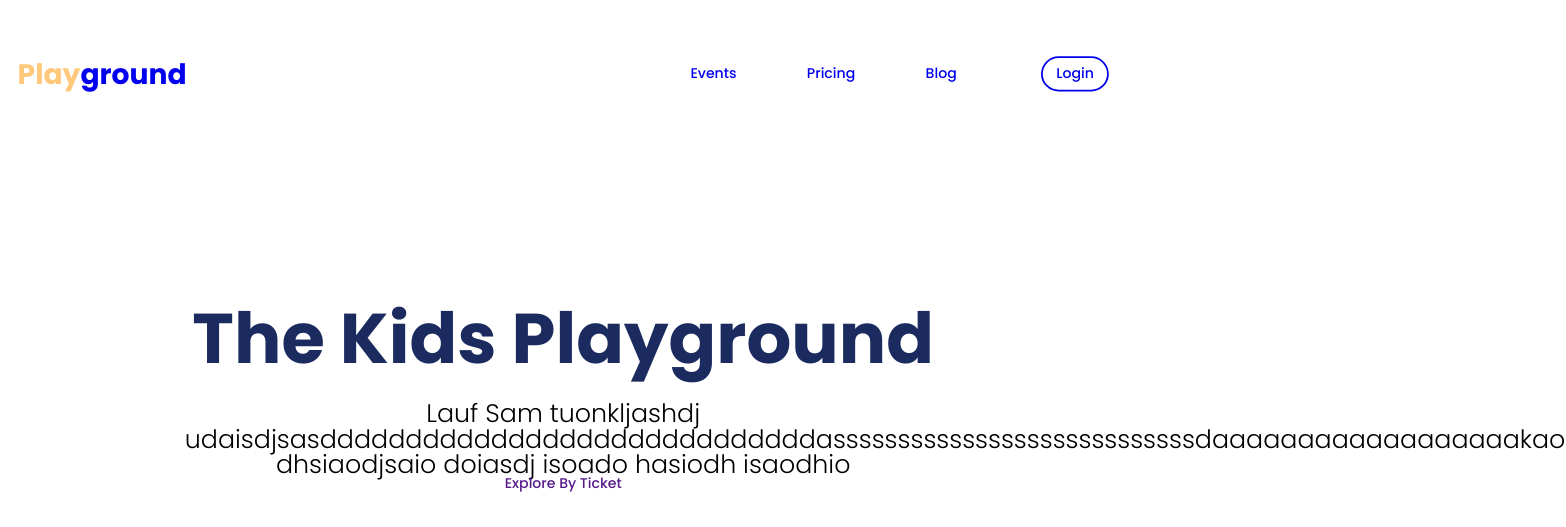
Repository: lausamtuong/Cut-psd-to-html
Page: index.html
The author's editor kept a copy of each file at every save. The page is drawn from the files as they stood at one save, then again after a run of saves.
The browser window is 1280 px wide. The page is 1779 px wide, then 1420 px, so the pictures cover 1779 px, including what lies to the right of the window. The pictures show the whole page, at 88% of full size.
The style sheet was rebuilt from its Sass, Less or Tailwind sources for each picture, by a compiler version that may differ from the author's.

Above is the page before, as saved 2021-12-06 15:39:05.

### index.html
<!DOCTYPE html>
<html lang="en">
<head>
    <meta charset="UTF-8">
    <meta http-equiv="X-UA-Compatible" content="IE=edge">
    <meta name="viewport" content="width=device-width, initial-scale=1.0">

    <title>Document</title>
    <link rel="stylesheet" href="style.css">
    <link rel="stylesheet" href="reset.css">
    <link href="https://fonts.googleapis.com/css2?family=Lato:ital,wght@1,700;1,900&family=Poppins:wght@300;500;700&display=swap" rel="stylesheet">

</head>
<body>
    <div class="wrapper">
        <header class="header">
            <div class="container header__iner">
                <a href="index.html" class="logo">
                    <span class="logo__text">Play</span>ground
                </a>
                <nav class="header__menu">
                    <ul class="header__menu-list">
                        <li class="header__menu-item">
                            <a href="#" class="header__menu-link">Events</a>
                        </li>
                        <li class="header__menu-item">
                            <a href="#" class="header__menu-link">Pricing</a>
                        </li>
                        <li class="header__menu-item">
                            <a href="#" class="header__menu-link">Blog</a>
                        </li>
                        <li class="header__menu-item">
                            <a href="#" class="header__menu-link header__menu-login">Login</a>
                        </li>
                    </ul>
                </nav>
            </div>
        </header>
        <section class="banner">
            <div class="container">
                <h1 class="banner__headding">
                    The Kids Playground
                </h1>
                <p class="banner__decs">Lauf Sam tuonkljashdj udaisdjsasdddddddddddddddddddddddddddddassssssssssssssssssssssssssssdaaaaaaaaaaaaaaaaaakao dhsiaodjsaio doiasdj isoado hasiodh isaodhio</p>
                <div class="banner__buttons">
                    <a href="" class="btn">Explore</a>
                    <a href="" class="btn">By Ticket</a>
                </div>
            </div>
        </section>
    </div>
</body>
</html>

### reset.css
/* http://meyerweb.com/eric/tools/css/reset/
   v2.0 | 20110126
   License: none (public domain)
*/

html, body, div, span, applet, object, iframe,
h1, h2, h3, h4, h5, h6, p, blockquote, pre,
a, abbr, acronym, address, big, cite, code,
del, dfn, em, img, ins, kbd, q, s, samp,
small, strike, strong, sub, sup, tt, var,
b, u, i, center,
dl, dt, dd, ol, ul, li,
fieldset, form, label, legend,
table, caption, tbody, tfoot, thead, tr, th, td,
article, aside, canvas, details, embed,
figure, figcaption, footer, header, hgroup,
menu, nav, output, ruby, section, summary,
time, mark, audio, video {
	margin: 0;
	padding: 0;
	border: 0;
	font-size: 100%;
	font: inherit;
	vertical-align: baseline;
    font-family: "Poppins",sans-serif;
}
/* HTML5 display-role reset for older browsers */
article, aside, details, figcaption, figure,
footer, header, hgroup, menu, nav, section {
	display: block;
}
body {
	line-height: 1;
}
ol, ul {
	list-style: none;
}
blockquote, q {
	quotes: none;
}
blockquote:before, blockquote:after,
q:before, q:after {
	content: '';
	content: none;
}
table {
	border-collapse: collapse;
	border-spacing: 0;
}

### style.scss
$primary-color:#ffc87a;
$text-color:#1b2b5f;
a{
    text-decoration: none;
}
.container{
    padding: 0 20px;
    max-width: 1500px;
    margin: 0 auto;

}
.header{
    padding-top: 4rem;
    &__iner{
        display: flex;
        justify-content:space-between;
        align-items: center;

    }
    &__menu{
        &-list{
        display: flex;
        align-items: center;
        }
        &-item{
            margin-left: 5rem;
            &:last-child{
                margin-left: 6rem;
            }
        }
        &-link{
            font-size: 16px;
            &:hover{
                color:$primary-color;
                transition:  0.3s linear;
            }
        }
        &-login{
            padding: 10px 15px;
            display:inline-block;
            border:2px solid;
            border-radius: 100rem;
        }
    }
}
.logo{
font-size: 2rem;
font-weight: 600;
&:focus{
    color: $text-color;
}
&__text{
    color:$primary-color
}
}
.banner{
    padding-top:15rem;
    max-width: 900px;
    margin: 0 auto;
    text-align: center;
    &__headding{
        font-size: 5rem;
        color:$text-color;
        font-weight: 900;
        margin-bottom: 2rem;
    }
    &__decs{
        font-size: 1.8rem;
        font-weight: 300;
    }
}

After the next 4 saves:
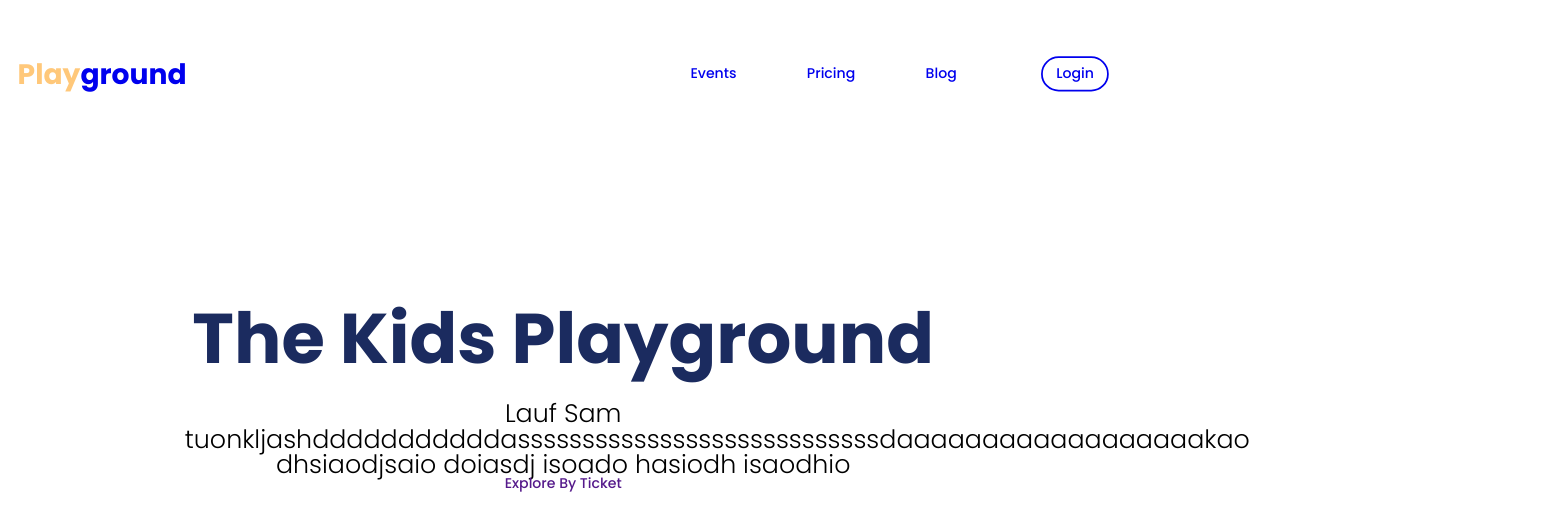
The 4 saves are shown as one change because they came seconds apart.
The last was saved 10 s later.
--- a/index.html
+++ b/index.html
@@ -41,7 +41,7 @@
                 <h1 class="banner__headding">
                     The Kids Playground
                 </h1>
-                <p class="banner__decs">Lauf Sam tuonkljashdj udaisdjsasdddddddddddddddddddddddddddddassssssssssssssssssssssssssssdaaaaaaaaaaaaaaaaaakao dhsiaodjsaio doiasdj isoado hasiodh isaodhio</p>
+                <p class="banner__decs">Lauf Sam tuonkljashdddddddddddassssssssssssssssssssssssssssdaaaaaaaaaaaaaaaaaakao dhsiaodjsaio doiasdj isoado hasiodh isaodhio</p>
                 <div class="banner__buttons">
                     <a href="" class="btn">Explore</a>
                     <a href="" class="btn">By Ticket</a>
